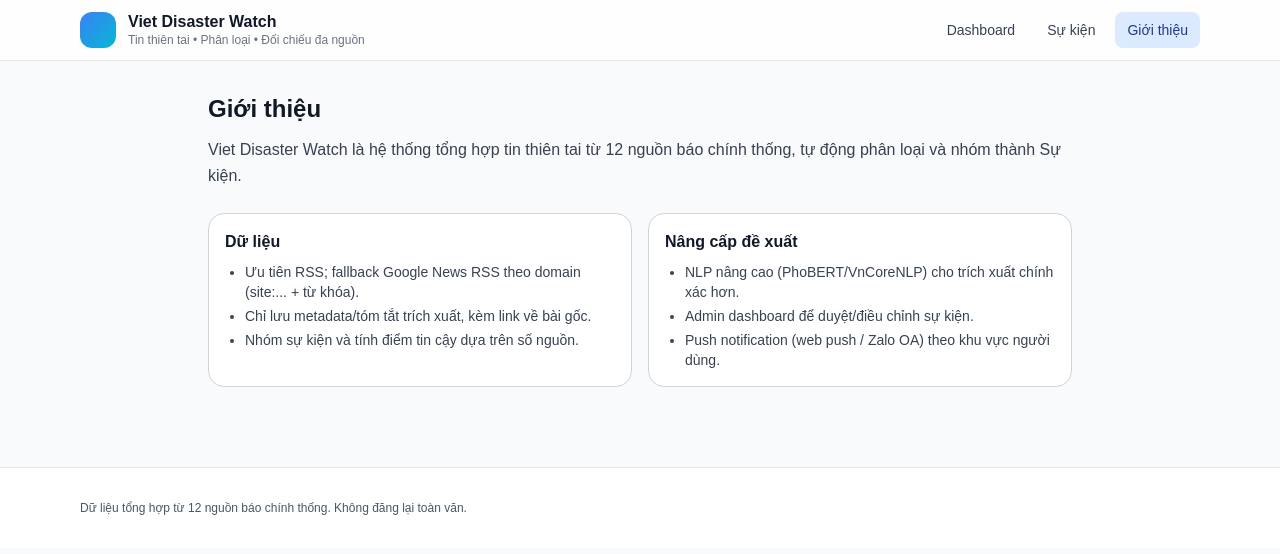
Repository: hoang-hg/vietnam-disaster-watch
Page: /about (app in frontend/)
The author's editor kept a copy of each file at every save. The page is drawn from the files as they stood at one save, then again after the next save.
The browser window is 1280 px wide. The pictures show the whole page.
The page's requests for data from a server got no answer. The project was rebuilt for these pictures with package versions that can differ from the ones it lists, and the page was loaded fresh each time. No one was signed in, and anything a server would have sent is missing. Also part of the build but not shown: frontend/vite.config.js, frontend/src/api.js, frontend/src/components/StatCard.jsx, frontend/src/components/Badge.jsx, frontend/src/theme.js, frontend/src/components/VietnamMap.jsx, frontend/src/pages/Dashboard.jsx, frontend/src/pages/Events.jsx and 2 more.

Above is the page before, as saved 2025-12-14 16:14:43.

After the next save:
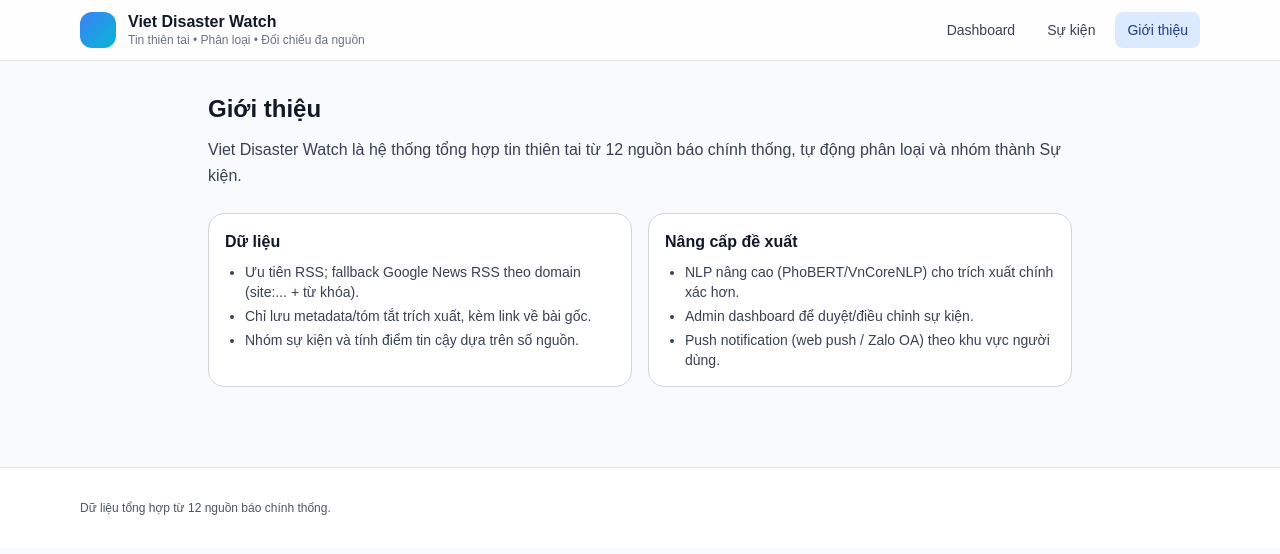
Saved 5 s later.
--- a/frontend/src/App.jsx
+++ b/frontend/src/App.jsx
@@ -52,8 +52,7 @@ export default function App() {
       </Routes>
       <footer className="border-t border-gray-200 mt-12 bg-white">
         <div className="mx-auto max-w-6xl px-4 py-8 text-xs text-gray-600">
-          Dữ liệu tổng hợp từ 12 nguồn báo chính thống. Không
-          đăng lại toàn văn.
+          Dữ liệu tổng hợp từ 12 nguồn báo chính thống.
         </div>
       </footer>
     </div>
